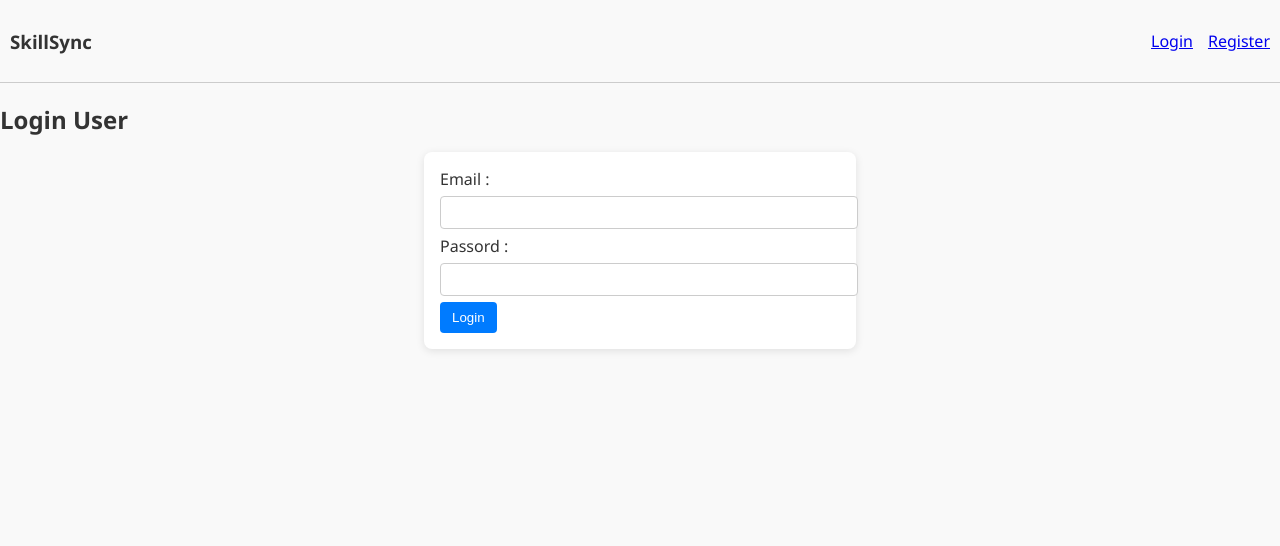
Repository: bharathabhi46/SkillSync-FrontEnd
Page: /CreateUser
An editor plug-in stored every save of this project. The page is shown before and after the next save, followed by the edit.
The browser window is 1280 px wide. The pictures show the whole page.
The project was rebuilt for these pictures with package versions that can differ from the ones it lists, and the page was loaded fresh each time. Also part of the build but not shown: vite.config.js, src/Components/CreateUser/CreateUser.jsx, src/Components/UserList/UserList.jsx, src/Components/EditUser/EditUser.jsx, src/Components/RegisterUser/RegisterUser.jsx, src/Components/Home/Home.css, src/Components/Home/Home.jsx.

Above is the page before, as saved 2025-06-28 13:50:34.

### src/main.jsx
import { StrictMode } from "react";
import { createRoot } from "react-dom/client";
import { BrowserRouter } from "react-router-dom";
import App from "./App.jsx";

createRoot(document.getElementById("root")).render(
  <BrowserRouter>
    <App />
  </BrowserRouter>
);

### src/App.jsx
import React from "react";
import CreateUser from "./Components/CreateUser/CreateUser";
import UserList from "./Components/UserList/UserList";
import EditUser from "./Components/EditUser/EditUser";
import { Route, Routes } from "react-router-dom";
import RegisterUser from "./Components/RegisterUser/RegisterUser";
import LoginUser from "./Components/LoginUser/LoginUser";
import "./App.css";
import PrivateAuth from "./Components/PrivateAuth/PrivateAuth";
import NavBar from "./Components/NavBar/NavBar";
import Home from "./Components/Home/Home";
const App = () => {
  return (
    <div>
      <NavBar />
      <Routes>
        <Route path="/" element={<Home />} />
        <Route
          path="/UserList"
          element={
            <PrivateAuth>
              <UserList />
            </PrivateAuth>
          }
        />
        <Route
          path="/EditUser/:id"
          element={
            <PrivateAuth>
              <EditUser />
            </PrivateAuth>
          }
        />
        <Route
          path="/CreateUser"
          element={
            <PrivateAuth>
              <CreateUser />
            </PrivateAuth>
          }
        />
        <Route path="/RegisterUser" element={<RegisterUser />} />
        <Route path="/LoginUser" element={<LoginUser />} />
      </Routes>
    </div>
  );
};

export default App;

### src/Components/LoginUser/LoginUser.jsx
import React, { useState } from "react";
import { useNavigate } from "react-router-dom";

const LoginUser = () => {
  let navigate = useNavigate();
  let url = "http://localhost:8080/api/users/auth/login";
  let [loginUser, setLoginUser] = useState({
    email: "",
    password: "",
  });
  function handleOnChange(e) {
    setLoginUser((prevState) => ({
      ...prevState,
      [e.target.name]: e.target.value,
    }));
  }
  async function handleSubmit(e) {
    e.preventDefault();
    try {
      let data = await fetch(url, {
        method: "POST",
        headers: {
          "Content-Type": "application/json",
        },
        body: JSON.stringify(loginUser),
      });
      setLoginUser({
        email: "",
        password: "",
      });
      alert("Login Successful");
      localStorage.setItem("userEmail", LoginUser.email);
      let user = await data.json();
      localStorage.setItem("user", JSON.stringify(user));
      navigate("/");
    } catch (err) {
      console.log("Error : ", err);
      alert("Failed to Login");
    }
  }
  return (
    <div className="container">
      <h2>Login User</h2>
      <form onSubmit={handleSubmit}>
        <label>Email : </label>
        <input
          type="email"
          name="email"
          value={loginUser.email}
          onChange={handleOnChange}
        />
        <label>Passord : </label>
        <input
          type="password"
          name="password"
          value={loginUser.password}
          onChange={handleOnChange}
        />
        <button type="submit">Login</button>
      </form>
    </div>
  );
};

export default LoginUser;

### src/App.css
body {
  margin: 0;
  font-family: "Segoe UI", sans-serif;
  background-color: #f9f9f9;
  color: #333;
}

h2 {
  color: #333;
  margin-bottom: 1rem;
}

button {
  background-color: #007bff;
  color: white;
  border: none;
  padding: 8px 12px;
  cursor: pointer;
  border-radius: 4px;
}

button:hover {
  background-color: #0056b3;
}

input,
select {
  padding: 8px;
  margin: 6px 0;
  border: 1px solid #ccc;
  border-radius: 4px;
  width: 100%;
}

form {
  max-width: 400px;
  margin: auto;
  padding: 1rem;
  background: white;
  box-shadow: 0 2px 8px rgba(0, 0, 0, 0.1);
  border-radius: 8px;
}

table {
  width: 100%;
  background-color: white;
  border-collapse: collapse;
  box-shadow: 0 2px 8px rgba(0, 0, 0, 0.1);
  border-radius: 8px;
  overflow: hidden;
}

th,
td {
  padding: 12px;
  text-align: left;
  border-bottom: 1px solid #ddd;
}

### src/Components/PrivateAuth/PrivateAuth.jsx
import React from "react";
import { Navigate, useNavigate } from "react-router-dom";
const PrivateAuth = ({ children }) => {
  const isLoggedIn = localStorage.getItem("userEmail") !== null;
  return isLoggedIn ? children : <Navigate to={"/LoginUser"} />;
};

export default PrivateAuth;

### src/Components/NavBar/NavBar.jsx
import React from "react";
import { Link, useNavigate } from "react-router-dom";

const Navbar = () => {
  const navigate = useNavigate();
  const user = JSON.parse(localStorage.getItem("user"));
  console.log(user !== null);
  const handleLogout = () => {
    localStorage.removeItem("user");
    navigate("/LoginUser");
  };

  return (
    <nav
      style={{
        display: "flex",
        justifyContent: "space-between",
        padding: "10px",
        borderBottom: "1px solid #ccc",
      }}
    >
      <h3>SkillSync</h3>
      <div style={{ display: "flex", gap: "15px", alignItems: "center" }}>
        {user ? (
          <>
            <span>
              Welcome, <strong>{user.name}</strong> 👋
            </span>
            <Link to="/UserList">Users</Link>
            <Link to="/CreateUser">Create</Link>
            <button onClick={handleLogout}>Logout</button>
          </>
        ) : (
          <>
            <Link to="/LoginUser">Login</Link>
            <Link to="/RegisterUser">Register</Link>
          </>
        )}
      </div>
    </nav>
  );
};

export default Navbar;

### src/Components/LoginUser/LoginUser.css
.container {
  max-width: 400px;
  margin: 50px auto;
  padding: 2rem;
  background-color: white;
  box-shadow: 0 4px 16px rgba(0, 0, 0, 0.1);
  border-radius: 8px;
}

.container h2 {
  text-align: center;
  color: #333;
  margin-bottom: 1.5rem;
}

.container form {
  display: flex;
  flex-direction: column;
}

.container input {
  padding: 10px;
  margin-bottom: 1rem;
  border: 1px solid #ccc;
  border-radius: 4px;
}

.container button {
  padding: 10px;
  background-color: #007bff;
  border: none;
  color: white;
  font-weight: bold;
  border-radius: 4px;
  cursor: pointer;
}

.container button:hover {
  background-color: #0056b3;
}

.container p {
  text-align: center;
  margin-top: 1rem;
}

Loaded but not shown: index.html (common file)

After the next save:
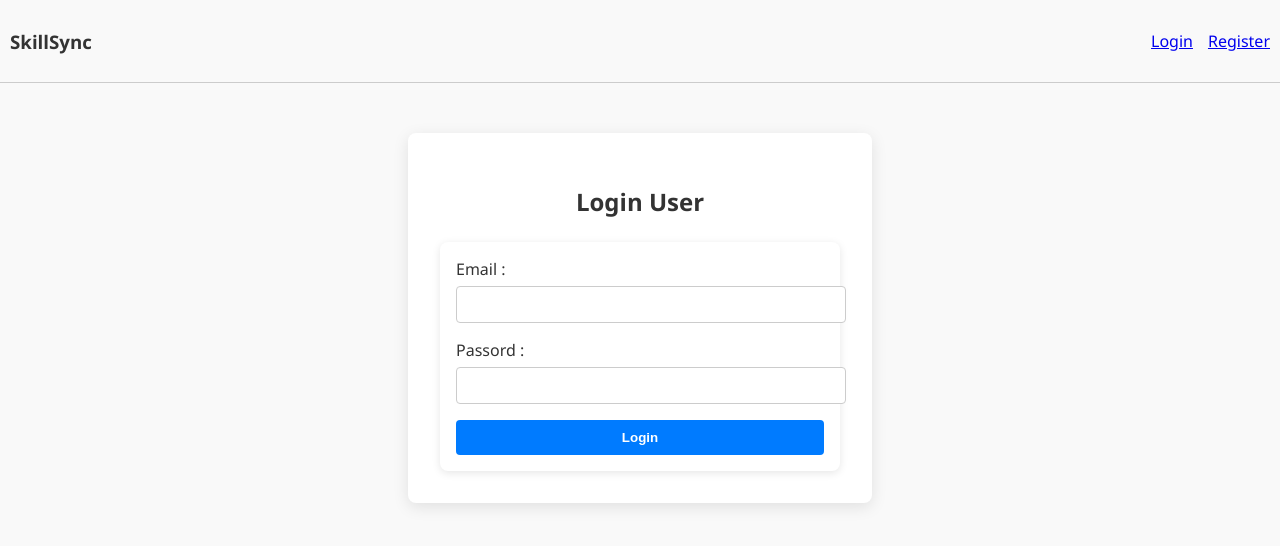
Saved 112 s later.
--- a/src/Components/LoginUser/LoginUser.jsx
+++ b/src/Components/LoginUser/LoginUser.jsx
@@ -1,6 +1,6 @@
 import React, { useState } from "react";
 import { useNavigate } from "react-router-dom";
-
+import "./LoginUser.css";
 const LoginUser = () => {
   let navigate = useNavigate();
   let url = "http://localhost:8080/api/users/auth/login";
